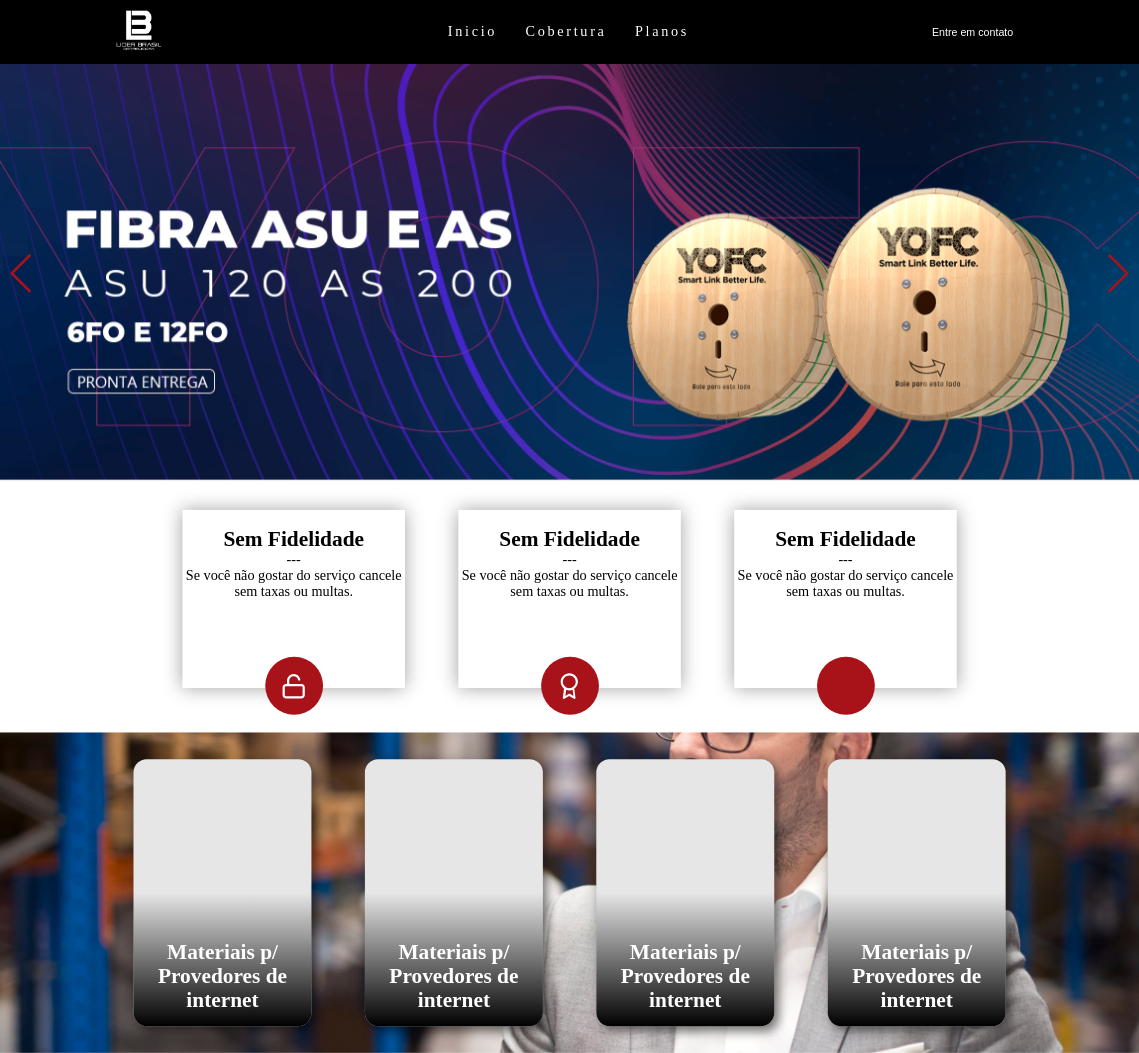
Repository: mateus-henrique-silva/Novo_institucional_lider
Page: index.html
The author's editor kept a copy of each file at every save. The page is drawn from the files as they stood at one save, then again after a run of saves.
The browser window is 1280 px wide. The pictures show the whole page, at 89% of full size.
Backgrounds fixed to the window are drawn as part of the page. Some web fonts or font styles are not loaded; a fallback is used.

Above is the page before, as saved 2022-09-06 10:33:30.
Console error: SyntaxError: Identifier 'MobileNavbar' has already been declared

After the next 2 saves:
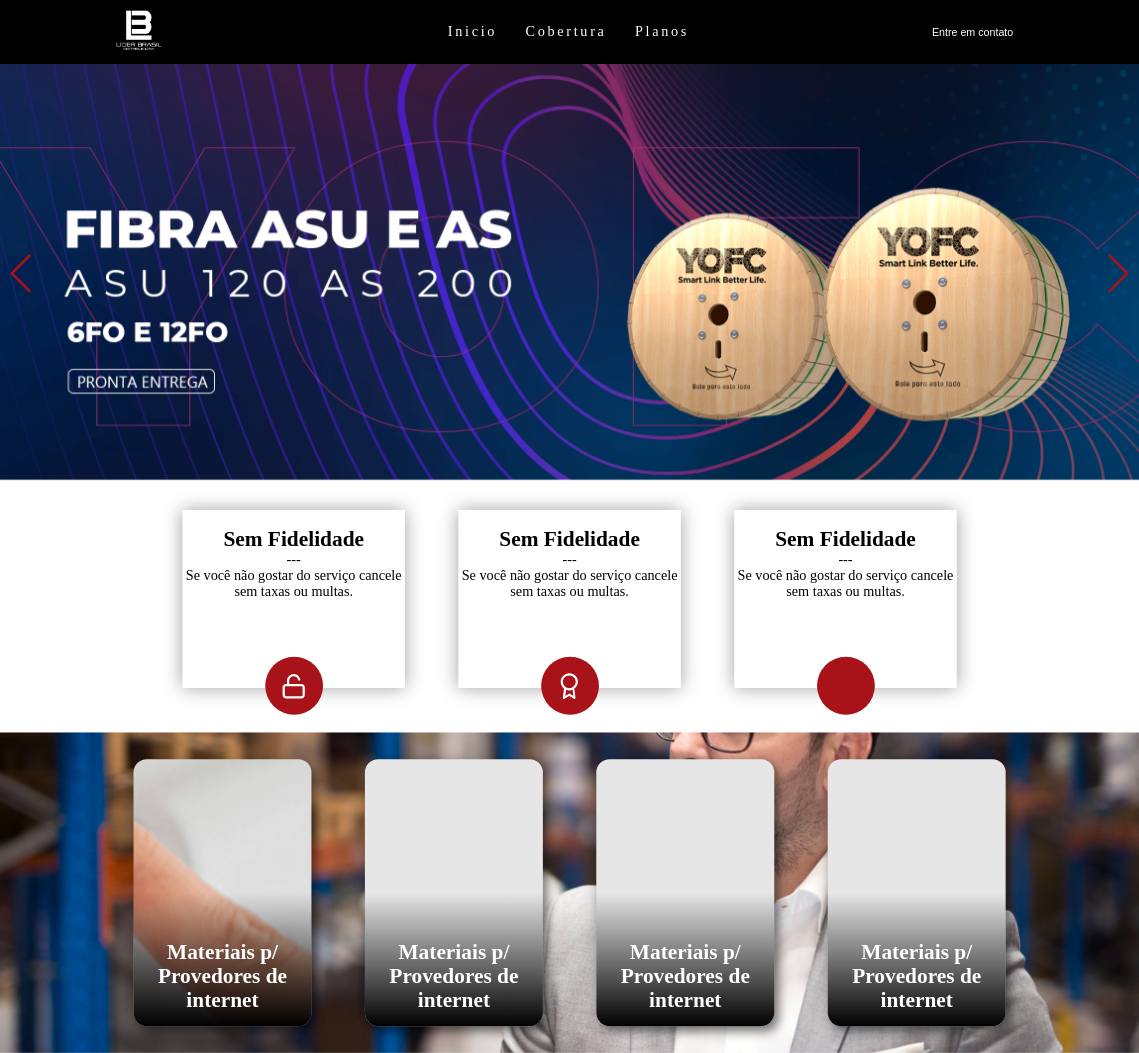
The 2 saves are shown as one change because they came seconds apart.
The last was saved 7 s later.
--- a/src/CSS/Main/Products/style.css
+++ b/src/CSS/Main/Products/style.css
@@ -110,5 +110,6 @@
 }
 
 #products-one{
-  ba
+  background: url("../../../Assets/img/Background/products/alarme.png")
+  no-repeat center!important;
 }
